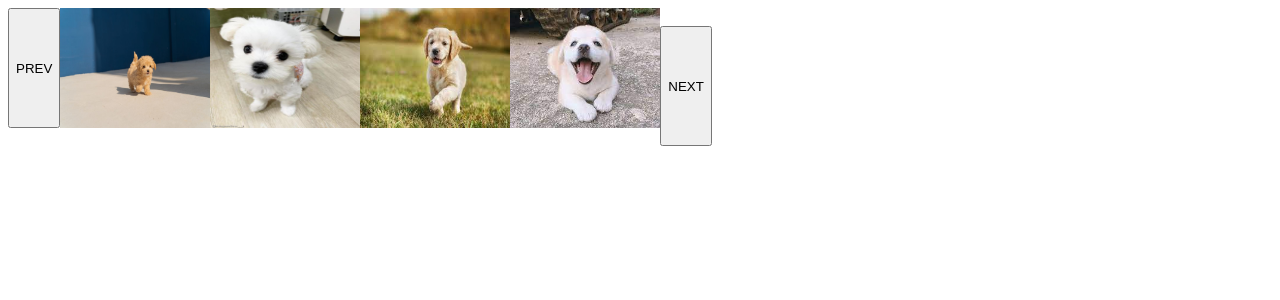
Repository: chopilyeon/JavaWeb
Page: LectureWeb/src/main/webapp/jquery/exam06.html
The author's editor kept a copy of each file at every save. The page is drawn from the files as they stood at one save, then again after the next save.
The browser window is 1280 px wide. The pictures show the whole page.

Above is the page before, as saved 2022-05-31 01:22:33.

After the next save:
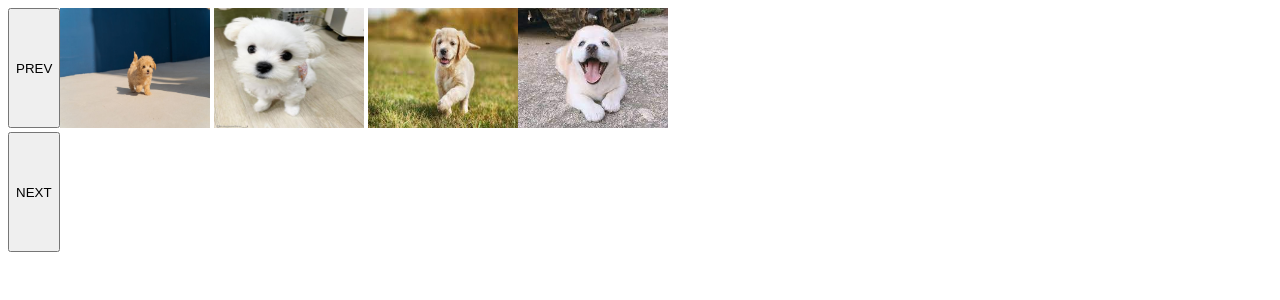
Saved 2 min 56 s later.
--- a/LectureWeb/src/main/webapp/jquery/exam06.html
+++ b/LectureWeb/src/main/webapp/jquery/exam06.html
@@ -7,8 +7,8 @@
 	img{
 		width:150px;
 		height:120px;
-		float:left;
-		/* 이걸로 div 썼을 때 display:flex 대신 주어도 됨  */
+		/* float:left;
+		 *//* 이걸로 div 썼을 때 display:flex 대신 주어도 됨  */
 	}
 
 	button{
